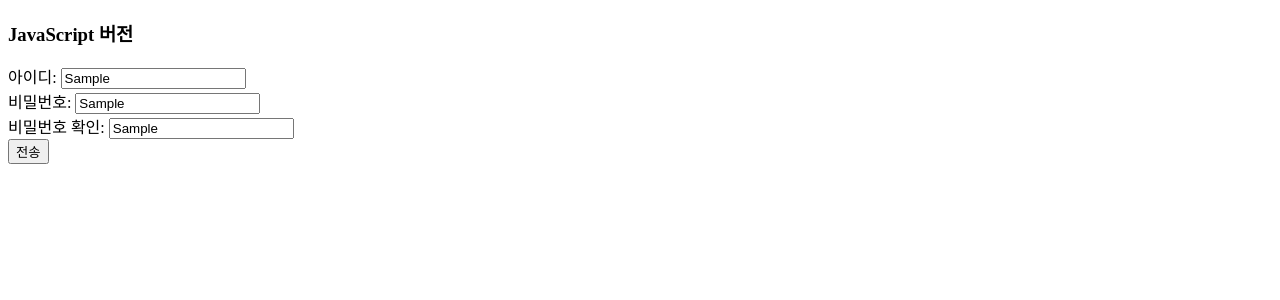
Repository: LeeKukJu/JSP-Study
Page: http://localhost/JSPBookExcercise/ch08/validation02.jsp
An editor plug-in stored every save of this project. The page is shown before and after the next save, followed by the edit.
The browser window is 1280 px wide. The pictures show the whole page.
Empty fields were first filled with sample values (such as "Sample", 5 or name@example.com).
After loading, the first visible `input[onclick="CheckForm()"]` was clicked once.
The page is served by Tomcat 9.

Above is the page before, as saved 2023-02-01 11:17:20.
Console error (its wording comes from the project's code and is left out).

### JSPBookExcercise/WebContent/ch08/validation02.jsp
<%@ page language="java" contentType="text/html; charset=UTF-8"
    pageEncoding="UTF-8"%>
<!DOCTYPE html>
<html>
<head>
<meta charset="UTF-8">
<title>Insert title here</title>
</head>
<script type="text/javascript">
	function CheckForm() {
		var form = document.loginForm;
		var pw = form.pw.value;
		var pwCheck = form.pw2.value;
		var regExpPw = /()\w\1){3,}/;

		if(form.id.value == ""){
			alert("아이디를 입력해주세요.");
			form.id.focus();
			form.id.select();
			return;
		}else if(form.pw.value == ""){
			alert("비밀번호를 입력해주세요.");
			form.pw.focus();
			form.pw.select();
			return;
		}

		if(form.pw.value.includes(form.id.value)){
			alert("비밀번호는 ID를 포함할 수 없습니다.");
			form.pw.focus();
			form.pw.select();
			return;
		}

		if(pw != pwCheck){
			alert("비밀번호가 일치하지 않습니다..")
			form.pw2.focus();
			form.pw2.select();
			return;
		}

		if(regExpPw.test(pw)){
			alert("영문, 숫자는 3자이상 연속 입력할 수 없습니다.")
			form.pw.focus();
			form.pw.select();
			return;
		}

		form.submit();
	}
</script>
<body>
	<h3>JavaScript 버전</h3>
	<form action="validation_process.jsp" name="loginForm" method="post">
		아이디: <input type="text" name="id"/><br>
		비밀번호: <input type="text" name="pw"/><br>
		비밀번호 확인: <input type="text" name="pw2"/><br>
		<input type="button" value="전송" onclick="CheckForm()"/>
	</form>
</body>
</html>

After the next save:
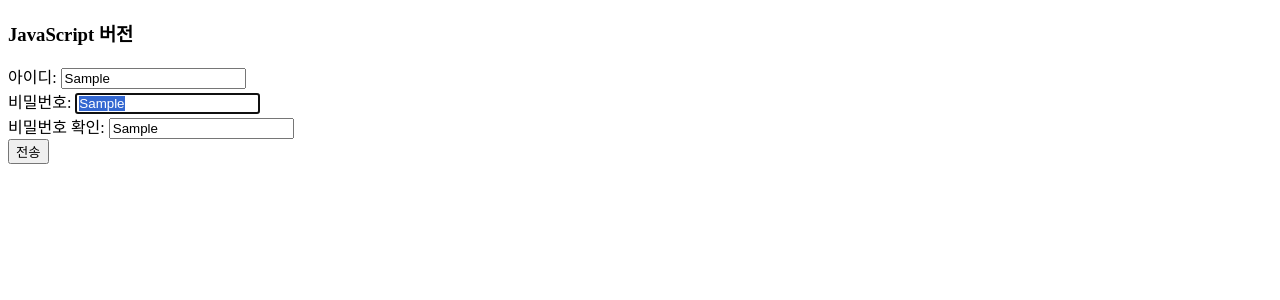
The error is gone.
Saved 4 s later.
--- a/JSPBookExcercise/WebContent/ch08/validation02.jsp
+++ b/JSPBookExcercise/WebContent/ch08/validation02.jsp
@@ -11,7 +11,7 @@
 		var form = document.loginForm;
 		var pw = form.pw.value;
 		var pwCheck = form.pw2.value;
-		var regExpPw = /()\w\1){3,}/;
+		var regExpPw = /(\w\1){3,}/;
 
 		if(form.id.value == ""){
 			alert("아이디를 입력해주세요.");
